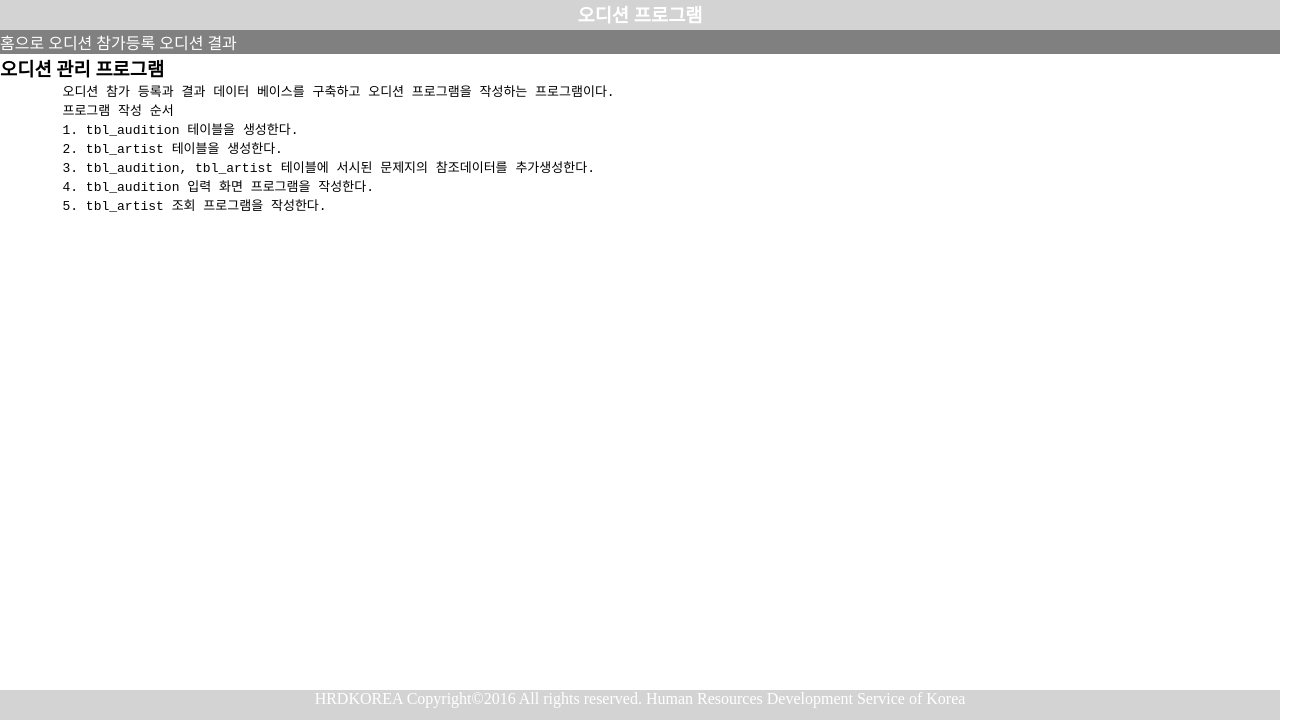
Repository: jieun000/Craftsman_Information_Processing
Page: http://localhost/Test/main.jsp
The author's editor kept a copy of each file at every save. The page is drawn from the files as they stood at one save, then again after the next save.
The browser window is 1280 px wide. The page is 1280 px wide, then 1306 px, so the pictures cover 1306 px, including what lies to the right of the window. The pictures show the whole page.
The page is served by Tomcat 9.

Above is the page before, as saved 2023-09-06 01:11:25.

After the next save:
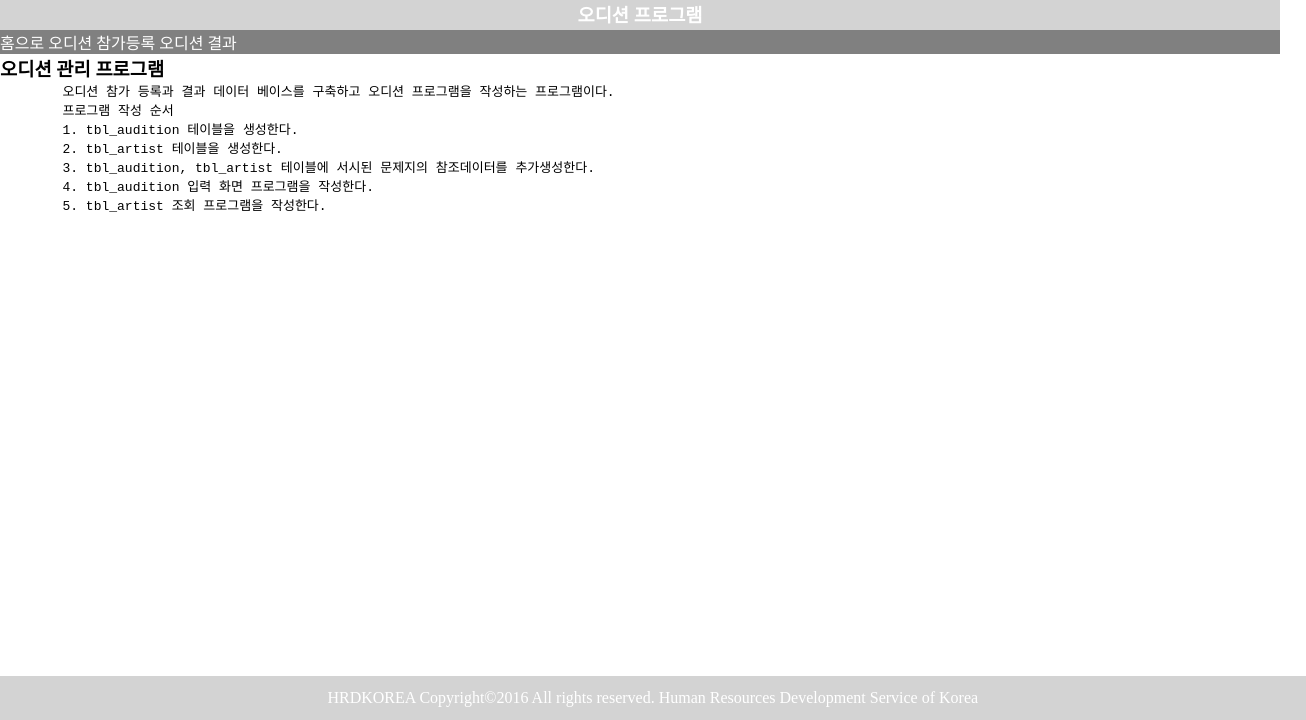
Saved 24 s later.
--- a/02_study/Test/src/main/webapp/main.jsp
+++ b/02_study/Test/src/main/webapp/main.jsp
@@ -31,7 +31,7 @@
 	5. tbl_artist 조회 프로그램을 작성한다.
 		</pre>
 	</section>
-	<footer style="background: lightgray; color: white; width: 100%; text-align: center; height: 30px; position: absolute; bottom: 0;">
+	<footer style="background: lightgray; color: white; width: 100%; text-align: center; padding: 1%; position: absolute; bottom: 0;">
 		<p>
 			HRDKOREA Copyright&copy;2016 All rights reserved. Human Resources Development Service of Korea
 		</p>
